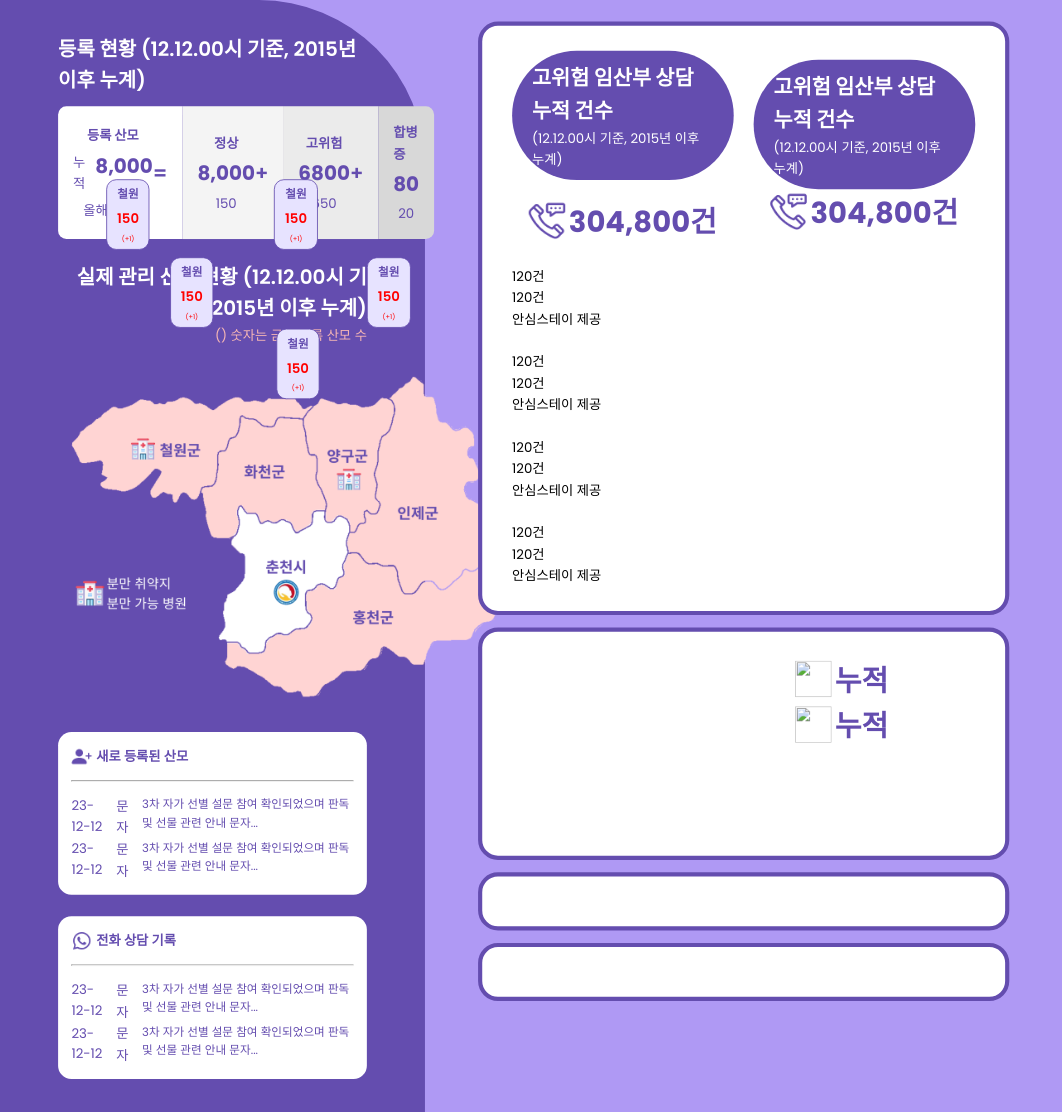
Repository: giapchicuong/Perganancy_Web
Page: index.html
The author's editor kept a copy of each file at every save. The page is drawn from the files as they stood at one save, then again after the next save.
The browser window is 1280 px wide. The pictures show the whole page, at 83% of full size.

Above is the page before, as saved 2024-03-06 19:24:30.

### index.html
<!DOCTYPE html>
<html lang="en">

<head>
    <meta charset="UTF-8">
    <meta name="viewport" content="width=device-width, initial-scale=1.0">
    <title>Perganancy Web</title>
    <link rel="stylesheet" href="./assets/base.css">
    <link rel="stylesheet" href="./assets/style.css">
</head>

<body>
    <!-- .block -->
    <!-- .block__element -->
    <!-- .block__element--modifier -->
    <!-- card
    card__image
    card__description
    card__button--submit
    card__button--cancel -->
    <div class="app">
        <div class="main">
            <section class="advertising">
                <!-- ------------------------------------------------ -->
                <div class="advertising-left">
                    <!-- top -->
                    <div class="advertising-left--top">
                        <div class="advertising-left__title">등록 현황 (12.12.00시 기준, 2015년 이후 누계)</div>
                        <div class="advertising-left__item-list">
                            <div class="advertising-left__item advertising-left__item1">
                                <div class="advertising-left__item--signal">
                                    <div class="advertising-left__item--white">
                                        <div class="advertising-left__item-title">등록 산모</div>
                                        <div class="advertising-left__item-desc">
                                            <div class="advertising-left__item-desc-text">누적</div>
                                            <div class="advertising-left__item-desc-number">8,000</div>
                                        </div>
                                    </div>
                                    <div class="advertising-left__item-bottom">
                                        <div class="advertising-left__item-bottom-text">올해</div>
                                        <div class="advertising-left__item-bottom-number">850</div>
                                    </div>
                                </div>
                                <div class="calculation">=</div>
                            </div>
                            <div class="advertising-left__item advertising-left__item2">
                                <div class="advertising-left__item--signal">
                                    <div class="advertising-left__item--white">
                                        <div class="advertising-left__item-title">정상</div>
                                        <div class="advertising-left__item-desc">
                                            <div class="advertising-left__item-desc-number">8,000</div>
                                        </div>
                                    </div>
                                    <div class="advertising-left__item-bottom">
                                        <div class="advertising-left__item-bottom-number">150</div>
                                    </div>
                                </div>
                                <div class="calculation">+</div>
                            </div>
                            <div class="advertising-left__item advertising-left__item3">
                                <div class="advertising-left__item--signal">
                                    <div class="advertising-left__item--white">
                                        <div class="advertising-left__item-title">고위험</div>
                                        <div class="advertising-left__item-desc">
                                            <div class="advertising-left__item-desc-number">6800</div>
                                        </div>
                                    </div>
                                    <div class="advertising-left__item-bottom">
                                        <div class="advertising-left__item-bottom-number">650</div>
                                    </div>
                                </div>
                                <div class="calculation">+</div>
                            </div>
                            <div class="advertising-left__item advertising-left__item4">
                                <div class="advertising-left__item--signal">
                                    <div class="advertising-left__item--white">
                                        <div class="advertising-left__item-title">합병증</div>
                                        <div class="advertising-left__item-desc">
                                            <div class="advertising-left__item-desc-number">80</div>
                                        </div>
                                    </div>
                                    <div class="advertising-left__item-bottom">
                                        <div class="advertising-left__item-bottom-number">20</div>
                                    </div>
                                </div>
                            </div>
                        </div>
                    </div>
                    <!-- text -->
                    <div class="advertising-left__title--text">
                        <div class="advertising-left__title">실제 관리 산모 현황 (12.12.00시 기준, 2015년 이후 누계)</div>
                        <div class="advertising-left__desc">() 숫자는 금일 등록 산모 수</div>
                    </div>
                    <!-- center image -->
                    <div class="advertising-left__map">
                        <img src="./assets/image/left/Gangwon-do Map 1.png" alt="Map"
                            class="advertising-left__map-image">
                        <div class="advertising-left__map-image--card">
                            <div class="advertising-left__map-item-list-top">
                                <div class="advertising-left__map-item">
                                    <div class="advertising-left__map-item-title">철원</div>
                                    <div class="advertising-left__map-item-number">150</div>
                                    <div class="advertising-left__map-item-desc">(+1)</div>
                                </div>
                                <div class="advertising-left__map-item">
                                    <div class="advertising-left__map-item-title">철원</div>
                                    <div class="advertising-left__map-item-number">150</div>
                                    <div class="advertising-left__map-item-desc">(+1)</div>
                                </div>
                            </div>
                            <div class="advertising-left__map-item-list-center">
                                <div class="advertising-left__map-item">
                                    <div class="advertising-left__map-item-title">철원</div>
                                    <div class="advertising-left__map-item-number">150</div>
                                    <div class="advertising-left__map-item-desc">(+1)</div>
                                </div>
                                <div class="advertising-left__map-item">
                                    <div class="advertising-left__map-item-title">철원</div>
                                    <div class="advertising-left__map-item-number">150</div>
                                    <div class="advertising-left__map-item-desc">(+1)</div>
                                </div>
                            </div>
                            <div class="advertising-left__map-item-list-bottom">
                                <div class="advertising-left__map-item">
                                    <div class="advertising-left__map-item-title">철원</div>
                                    <div class="advertising-left__map-item-number">150</div>
                                    <div class="advertising-left__map-item-desc">(+1)</div>
                                </div>
                            </div>
                        </div>
                    </div>
                    <!--새로 등록된 산모  -->
                    <div class="advertising-left__box">
                        <div class="advertising-left__box-title">
                            <img src="./assets//image/left/icons/BsPersonPlusFill.png" alt=""
                                class="advertising-left__box-title-icon">
                            <div class="advertising-left__box-title-text">새로 등록된 산모</div>
                        </div>
                        <hr class="advertising-left__box--hr" />
                        <div class="advertising-left__box-message-list">
                            <div class="advertising-left__box-message-item">
                                <div class="advertising-left__box-message-item-date">23-12-12</div>
                                <div class="advertising-left__box-message-item-local">문자</div>
                                <div class="advertising-left__box-message-item-text">3차 자가 선별 설문 참여 확인되었으며 판독 및 선물 관련 안내
                                    문자...</div>
                            </div>
                            <div class="advertising-left__box-message-item">
                                <div class="advertising-left__box-message-item-date">23-12-12</div>
                                <div class="advertising-left__box-message-item-local">문자</div>
                                <div class="advertising-left__box-message-item-text">3차 자가 선별 설문 참여 확인되었으며 판독 및 선물 관련 안내
                                    문자...</div>
                            </div>
                        </div>
                    </div>
                    <!-- 전화 상담 기록 -->
                    <div class="advertising-left__box">
                        <div class="advertising-left__box-title">
                            <img src="./assets/image//left/icons/FaWhatsapp.png" alt=""
                                class="advertising-left__box-title-icon">
                            <div class="advertising-left__box-title-text">전화 상담 기록</div>
                        </div>
                        <hr class="advertising-left__box--hr" />
                        <div class="advertising-left__box-message-list">
                            <div class="advertising-left__box-message-item">
                                <div class="advertising-left__box-message-item-date">23-12-12</div>
                                <div class="advertising-left__box-message-item-name">문자</div>
                                <div class="advertising-left__box-message-item-text">3차 자가 선별 설문 참여 확인되었으며 판독 및 선물 관련 안내
                                    문자...</div>
                            </div>
                            <div class="advertising-left__box-message-item">
                                <div class="advertising-left__box-message-item-date">23-12-12</div>
                                <div class="advertising-left__box-message-item-name">문자</div>
                                <div class="advertising-left__box-message-item-text">3차 자가 선별 설문 참여 확인되었으며 판독 및 선물 관련 안내
                                    문자...</div>
                            </div>
                        </div>
                    </div>
                </div>
                <!-- ------------------------------------------------ -->
                <div class="advertising-right">
                    <div class="advertising-right-item">
                        <div class="advertising-right-item-top">
                            <div class="advertising-right-item-top-left">
                                <div class="advertising-right-item-top-left__messenger">
                                    <div class="advertising-right-item-top-left__messenger--title">고위험 임산부 상담 누적 건수
                                    </div>
                                    <div class="advertising-right-item-top__messenger--desc">(12.12.00시 기준, 2015년 이후 누계)
                                    </div>
                                </div>
                                <div class="advertising-right-item-top-item">
                                    <img src="./assets/image/right/telephone 1.png" alt=""
                                        class="advertising-right-item-top-item__icon">
                                    <div class="advertising-right-item-top-item__text">304,800건</div>
                                </div>
                            </div>
                            <div class="advertising-right-item-top-right">
                                <div class="advertising-right-item-top-left__messenger">
                                    <div class="advertising-right-item-top-left__messenger--title">고위험 임산부 상담 누적 건수
                                    </div>
                                    <div class="advertising-right-item-top__messenger--desc">(12.12.00시 기준, 2015년 이후 누계)
                                    </div>
                                </div>
                                <div class="advertising-right-item-top-item">
                                    <img src="./assets/image/right/telephone 1.png" alt=""
                                        class="advertising-right-item-top-item__icon">
                                    <div class="advertising-right-item-top-item__text">304,800건</div>
                                </div>
                            </div>
                        </div>
                        <div class="advertising-right-item-card-list">
                            <div class="advertising-right-item-card">
                                <div class="advertising-right-item-card-provide">
                                    <img src="" alt="" class="advertising-right-item-card__image">
                                    <div class="advertising-right-item-card__image-number">
                                        <div class="advertising-right-item-card__image-number-large">120건</div>
                                        <div class="advertising-right-item-card__image-number-small">120건</div>
                                    </div>
                                </div>
                                <div class="advertising-right-item-card-content">안심스테이 제공</div>
                            </div>
                            <div class="advertising-right-item-card">
                                <div class="advertising-right-item-card-provide">
                                    <img src="" alt="" class="advertising-right-item-card__image">
                                    <div class="advertising-right-item-card__image-number">
                                        <div class="advertising-right-item-card__image-number-large">120건</div>
                                        <div class="advertising-right-item-card__image-number-small">120건</div>
                                    </div>
                                </div>
                                <div class="advertising-right-item-card-content">안심스테이 제공</div>
                            </div>
                            <div class="advertising-right-item-card">
                                <div class="advertising-right-item-card-provide">
                                    <img src="" alt="" class="advertising-right-item-card__image">
                                    <div class="advertising-right-item-card__image-number">
                                        <div class="advertising-right-item-card__image-number-large">120건</div>
                                        <div class="advertising-right-item-card__image-number-small">120건</div>
                                    </div>
                                </div>
                                <div class="advertising-right-item-card-content">안심스테이 제공</div>
                            </div>
                            <div class="advertising-right-item-card">
                                <div class="advertising-right-item-card-provide">
                                    <img src="" alt="" class="advertising-right-item-card__image">
                                    <div class="advertising-right-item-card__image-number">
                                        <div class="advertising-right-item-card__image-number-large">120건</div>
                                        <div class="advertising-right-item-card__image-number-small">120건</div>
                                    </div>
                                </div>
                                <div class="advertising-right-item-card-content">안심스테이 제공</div>
                            </div>
                        </div>
                    </div>
                    <div class="advertising-right-item">
                        <div class="advertising-right-item-top">
                            <div class="advertising-right-item-top-left">
                                <div class="advertising-right-item-top__title">주요 지원사업 현황</div>
                                <div class="advertising-right-item-top__desc">(12.12.00시 기준, 2015년 이후 누계)</div>
                            </div>
                            <div class="advertising-right-item-top-right">
                                <div class="advertising-right-item-top-item">
                                    <img src="" alt="" class="advertising-right-item-top-item__icon">
                                    <div class="advertising-right-item-top-item__text">누적</div>
                                </div>
                                <div class="advertising-right-item-top-item">
                                    <img src="" alt="" class="advertising-right-item-top-item__icon">
                                    <div class="advertising-right-item-top-item__text">누적</div>
                                </div>
                            </div>
                        </div>
                        <div class="advertising-right-item__btn-list">
                            <div class="advertising-right-item__btn-item">
                                <div class="advertising-right-item__btn">
                                    <img src="" alt="" class="advertising-right-item__btn-icon" />
                                    <div class="advertising-right-item__btn-text"></div>
                                    <div class="advertising-right-item__btn-notification"></div>
                                </div>
                                <div class="advertising-right-item__btn-content"></div>
                            </div>
                            <div class="advertising-right-item__btn-item">
                                <div class="advertising-right-item__btn">
                                    <img src="" alt="" class="advertising-right-item__btn-icon" />
                                    <div class="advertising-right-item__btn-text"></div>
                                    <div class="advertising-right-item__btn-notification"></div>
                                </div>
                                <div class="advertising-right-item__btn-content"></div>
                            </div>
                            <div class="advertising-right-item__btn-item">
                                <div class="advertising-right-item__btn">
                                    <img src="" alt="" class="advertising-right-item__btn-icon" />
                                    <div class="advertising-right-item__btn-text"></div>
                                    <div class="advertising-right-item__btn-notification"></div>
                                </div>
                                <div class="advertising-right-item__btn-content"></div>
                            </div>
                            <div class="advertising-right-item__btn-item">
                                <div class="advertising-right-item__btn">
                                    <img src="" alt="" class="advertising-right-item__btn-icon" />
                                    <div class="advertising-right-item__btn-text"></div>
                                    <div class="advertising-right-item__btn-notification"></div>
                                </div>
                                <div class="advertising-right-item__btn-content"></div>
                            </div>
                        </div>
                    </div>
                    <div class="advertising-right-item">
                        <div class="advertising-right-item-left">
                            <div class="advertising-right-item-left-text">
                                <div class="advertising-right-item-left__title"></div>
                                <div class="advertising-right-item-desc"></div>
                            </div>
                            <div class="advertising-right-item-number"></div>
                        </div>
                        <div class="advertising-right-item-right">

                        </div>
                    </div>
                    <div class="advertising-right-item">
                        <div class="advertising-right-item-message-list">
                            <div class="advertising-right-item-message-item">
                                <div class="advertising-right-item-message-text">
                                    <div class="advertising-right-item-message__title"></div>
                                    <div class="advertising-right-item-message__desc"></div>
                                </div>
                                <div class="advertising-right-item-message-number">
                                    <div class="advertising-right-item-message-number-icon"></div>
                                    <div class="advertising-right-item-message-number-text"></div>
                                    <div class="advertising-right-item-message-number-case"></div>
                                </div>
                            </div>
                            <div class="advertising-right-item-message-item">
                                <div class="advertising-right-item-message-text">
                                    <div class="advertising-right-item-message__title"></div>
                                    <div class="advertising-right-item-message__desc"></div>
                                </div>
                                <div class="advertising-right-item-message-number">
                                    <div class="advertising-right-item-message-number-icon"></div>
                                    <div class="advertising-right-item-message-number-text"></div>
                                    <div class="advertising-right-item-message-number-case"></div>
                                </div>
                            </div>
                        </div>
                    </div>
                </div>
            </section>
        </div>
    </div>
</body>

</html>

Loaded but not shown: assets/style.css (252 lines, source omitted); assets/base.css (28 lines, source omitted)

After the next save:
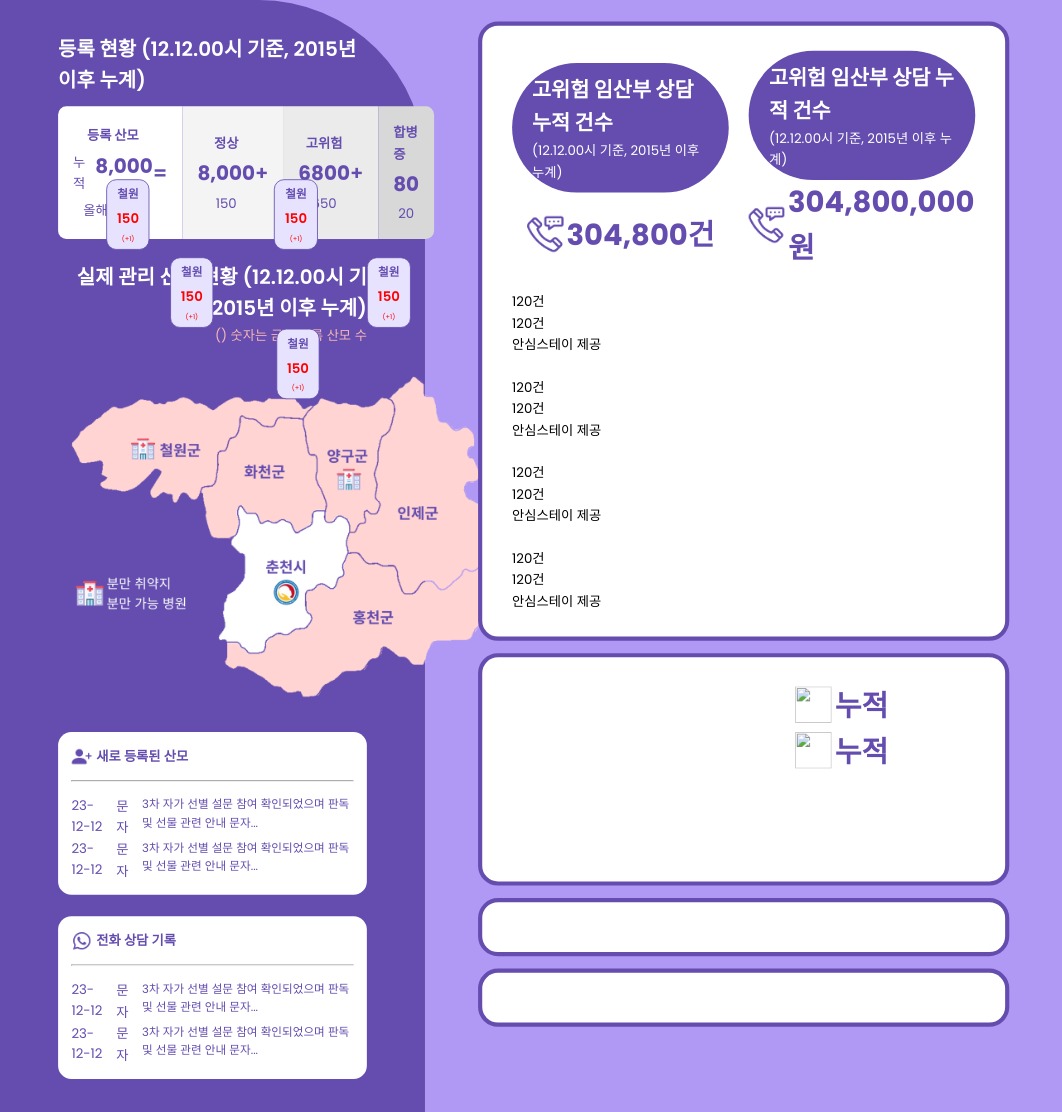
Saved 63 s later.
--- a/index.html
+++ b/index.html
@@ -203,7 +203,7 @@
                                 <div class="advertising-right-item-top-item">
                                     <img src="./assets/image/right/telephone 1.png" alt=""
                                         class="advertising-right-item-top-item__icon">
-                                    <div class="advertising-right-item-top-item__text">304,800건</div>
+                                    <div class="advertising-right-item-top-item__text">304,800,000원</div>
                                 </div>
                             </div>
                         </div>
